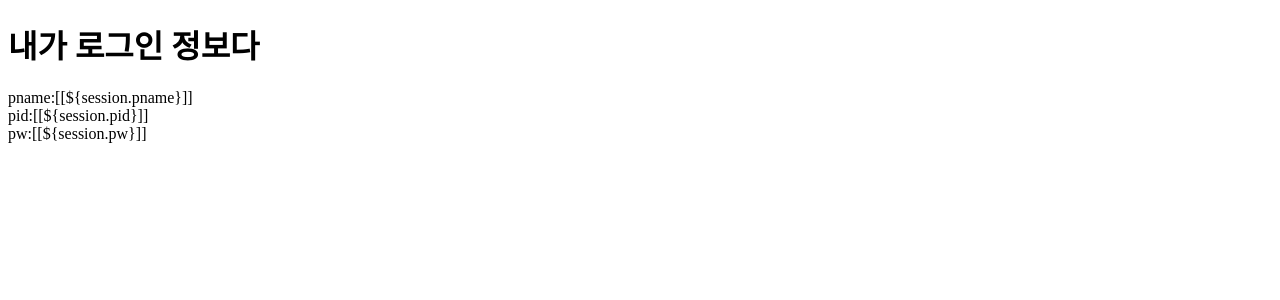
Repository: Yousehyeon/spring_work
Page: stsMvcProj/src/main/webapp/views/session/loginReg.html
These files come from the project's save history. The page is drawn as it stood at one moment and after the next save; the edit follows.
The browser window is 1280 px wide. The pictures show the whole page.

Above is the page before, as saved 2023-08-23 06:03:16.

After the next save:
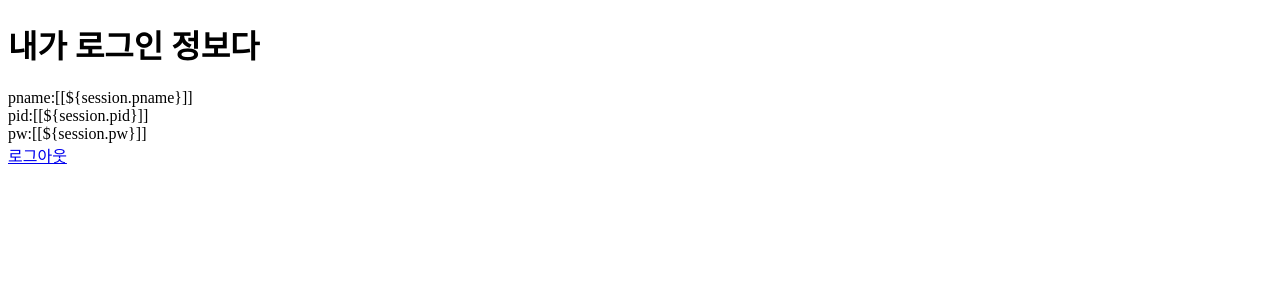
Saved 2 s later.
--- a/stsMvcProj/src/main/webapp/views/session/loginReg.html
+++ b/stsMvcProj/src/main/webapp/views/session/loginReg.html
@@ -9,5 +9,6 @@
 pname:[[${session.pname}]]<br/>
 pid:[[${session.pid}]]<br/>
 pw:[[${session.pw}]]<br/>
+<a href="logout">로그아웃</a>
 </body>
 </html>
